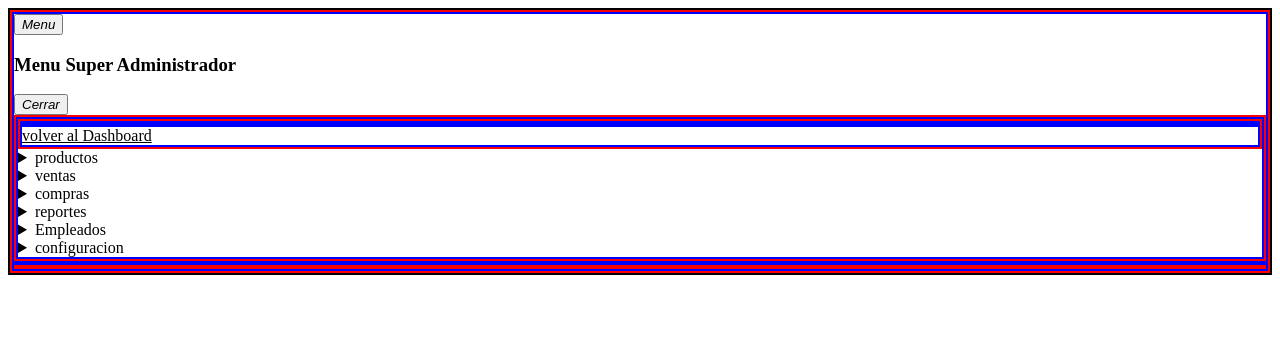
Repository: Rafa-x64/Gestion_inventario_practica
Page: http://localhost/Gestion_inventario/view/includes/header-admin.php
These files come from the project's save history. The page is drawn as it stood at one moment and after a run of saves; the edit follows.
The browser window is 1280 px wide. The pictures show the whole page.
The page is run by PHP 8.4 with error messages shown; the project is at /var/www/html/.

Above is the page before, as saved 2025-08-07 14:09:45.

### view/includes/header-admin.php
<style>
    [class^="row"] {
        border: 2px solid red;
    }

    [class^="col"] {
        border: 2px solid blue;
    }

    [class^="container"] {
        border: 2px solid black;
    }
</style>
<header class="container-fluid" id="menu-superior">
    <div class="row bg-primary py-3">
        <!--parte izquierda del menu-superior-->
        <div class="col-3 col-md-2 col-lg-1 d-flex flex-column justify-content-center align-items-center">
            <button class="btn border-white rounded" data-bs-toggle="offcanvas" data-bs-target="#menu-izquierdo">
                <i
                    class="bi bi-caret-right-fill fs-sm-6 fs-md-4 fs-lg-1 text-white d-flex flex-row justify-content-center align-items-center">Menu</i>
            </button>
            <!--aqui va el offcanva-->
            <div class="offcanvas offcanvas-start" tabindex="-1" id="menu-izquierdo">
                <!--encaezado del offcanvas-->
                <div class="offcanvas-header">
                    <!--titulo del offcanva-->
                    <div class="offcanvas-title">
                        <h3>Menu Super Administrador</h3>
                        <!--boton que cierra el offcanva-->
                        <button class="btn border-primary rounded" data-bs-dismiss="offcanvas">
                            <i class="bi bi-caret-left-fill fs-6 text-primary">Cerrar</i>
                        </button>
                    </div>
                </div>
                <!--cuerpo del offcanva-->
                <div class="offcanvas-body">
                    <div class="row">
                        <div class="col-lg-12 ps-lg-4 py-2 my-2 rounded">
                            <!--volver al dashboard-->
                            <div class="row d-flex flex-row mb-3">
                                <div
                                    class="col-2 px-0 d-flex flex-row justify-content-center align-items-center">
                                    <i class="bi bi-house fs-3"></i>
                                </div>
                                <div
                                    class="col-10 ps-2 d-flex flex-row justify-content-start align-items-center">
                                    <a href="index.php?page=dashboard-admin" style="color:black">volver al Dashboard</a>
                                </div>
                            </div>
                            <!-- Sección: Productos -->
                            <details title="Gestión directa de todo lo que entra, sale y se mantiene en stock.">
                                <summary class="pb-3">productos</summary>
                                <ul id="lista-opciones-menu-izquierdo">
                                    <li class="pt-2">
                                        <div class="row d-flex flex-row">
                                            <div
                                                class="col-1 px-0 d-flex flex-row justify-content-start align-items-center">
                                                <i class="bi bi-plus text-primary fs-5"></i>
                                            </div>
                                            <div
                                                class="col-11 px-0 d-flex flex-row justify-content-start align-items-center">
                                                <a href="">Ver productos en stock</a>
                                            </div>
                                        </div>
                                    </li>
                                    <li class="pt-2">
                                        <div class="row d-flex flex-row">
                                            <div
                                                class="col-1 px-0 d-flex flex-row justify-content-start align-items-center">
                                                <i class="bi bi-plus text-primary fs-5"></i>
                                            </div>
                                            <div
                                                class="col-11 px-0 d-flex flex-row justify-content-start align-items-center">
                                                <a href="">Registrar entradas</a>
                                            </div>
                                        </div>
                                    </li>
                                    <li class="pt-2">
                                        <div class="row d-flex flex-row">
                                            <div
                                                class="col-1 px-0 d-flex flex-row justify-content-start align-items-center">
                                                <i class="bi bi-plus text-primary fs-5"></i>
                                            </div>
                                            <div
                                                class="col-11 px-0 d-flex flex-row justify-content-start align-items-center">
                                                <a href="">Historial de movimientos</a>
                                            </div>
                                        </div>
                                    </li>
                                    <li class="pt-2">
                                        <div class="row d-flex flex-row">
                                            <div
                                                class="col-1 px-0 d-flex flex-row justify-content-start align-items-center">
                                                <i class="bi bi-plus text-primary fs-5"></i>
                                            </div>
                                            <div
                                                class="col-11 px-0 d-flex flex-row justify-content-start align-items-center">
                                                <a href="">Alerta de bajo inventario</a>
                                            </div>
                                        </div>
                                    </li>
                                </ul>
                            </details>

                            <!-- Sección: Ventas -->
                            <details>
                                <summary class="pb-3">ventas</summary>
                                <ul id="lista-opciones-menu-izquierdo">
                                    <li class="pt-2">
                                        <div class="row d-flex flex-row">
                                            <div
                                                class="col-1 px-0 d-flex flex-row justify-content-start align-items-center">
                                                <i class="bi bi-plus text-primary fs-5"></i>
                                            </div>
                                            <div
                                                class="col-11 px-0 d-flex flex-row justify-content-start align-items-center">
                                                <a href="">Registrar venta</a>
                                            </div>
                                        </div>
                                    </li>
                                    <li class="pt-2">
                                        <div class="row d-flex flex-row">
                                            <div
                                                class="col-1 px-0 d-flex flex-row justify-content-start align-items-center">
                                                <i class="bi bi-plus text-primary fs-5"></i>
                                            </div>
                                            <div
                                                class="col-11 px-0 d-flex flex-row justify-content-start align-items-center">
                                                <a href="">Historial de ventas</a>
                                            </div>
                                        </div>
                                    </li>
                                    <li class="pt-2">
                                        <div class="row d-flex flex-row">
                                            <div
                                                class="col-1 px-0 d-flex flex-row justify-content-start align-items-center">
                                                <i class="bi bi-plus text-primary fs-5"></i>
                                            </div>
                                            <div
                                                class="col-11 px-0 d-flex flex-row justify-content-start align-items-center">
                                                <a href="">Ver productos vendidos</a>
                                            </div>
                                        </div>
                                    </li>
                                </ul>
                            </details>

                            <!-- Sección: Compras -->
                            <details>
                                <summary class="pb-3">compras</summary>
                                <ul id="lista-opciones-menu-izquierdo">
                                    <li class="pt-2">
                                        <div class="row d-flex flex-row">
                                            <div
                                                class="col-1 px-0 d-flex flex-row justify-content-start align-items-center">
                                                <i class="bi bi-plus text-primary fs-5"></i>
                                            </div>
                                            <div
                                                class="col-11 px-0 d-flex flex-row justify-content-start align-items-center">
                                                <a href="">Registrar compra</a>
                                            </div>
                                        </div>
                                    </li>
                                    <li class="pt-2">
                                        <div class="row d-flex flex-row">
                                            <div
                                                class="col-1 px-0 d-flex flex-row justify-content-start align-items-center">
                                                <i class="bi bi-plus text-primary fs-5"></i>
                                            </div>
                                            <div
                                                class="col-11 px-0 d-flex flex-row justify-content-start align-items-center">
                                                <a href="">Historial de compras</a>
                                            </div>
                                        </div>
                                    </li>
                                    <li class="pt-2">
                                        <div class="row d-flex flex-row">
                                            <div
                                                class="col-1 px-0 d-flex flex-row justify-content-start align-items-center">
                                                <i class="bi bi-plus text-primary fs-5"></i>
                                            </div>
                                            <div
                                                class="col-11 px-0 d-flex flex-row justify-content-start align-items-center">
                                                <a href="">Ver proveedores frecuentes</a>
                                            </div>
                                        </div>
                                    </li>
                                </ul>
                            </details>

                            <!-- Sección: Reportes -->
                            <details>
                                <summary class="pb-3">reportes</summary>
                                <ul id="lista-opciones-menu-izquierdo">
                                    <li class="pt-2">
                                        <div class="row d-flex flex-row">
                                            <div
                                                class="col-1 px-0 d-flex flex-row justify-content-start align-items-center">
                                                <i class="bi bi-plus text-primary fs-5"></i>
                                            </div>
                                            <div
                                                class="col-11 px-0 d-flex flex-row justify-content-start align-items-center">
                                                <a href="">Reporte de inventario</a>
                                            </div>
                                        </div>
                                    </li>
                                    <li class="pt-2">
                                        <div class="row d-flex flex-row">
                                            <div
                                                class="col-1 px-0 d-flex flex-row justify-content-start align-items-center">
                                                <i class="bi bi-plus text-primary fs-5"></i>
                                            </div>
                                            <div
                                                class="col-11 px-0 d-flex flex-row justify-content-start align-items-center">
                                                <a href="">Reporte de ventas</a>
                                            </div>
                                        </div>
                                    </li>
                                    <li class="pt-2">
                                        <div class="row d-flex flex-row">
                                            <div
                                                class="col-1 px-0 d-flex flex-row justify-content-start align-items-center">
                                                <i class="bi bi-plus text-primary fs-5"></i>
                                            </div>
                                            <div
                                                class="col-11 px-0 d-flex flex-row justify-content-start align-items-center">
                                                <a href="">Reporte de compras</a>
                                            </div>
                                        </div>
                                    </li>
                                </ul>
                            </details>

                            <!-- Sección: Empleados -->
                            <details>
                                <summary class="pb-3">Empleados</summary>
                                <ul id="lista-opciones-menu-izquierdo">
                                    <li class="pt-2">
                                        <div class="row d-flex flex-row">
                                            <div
                                                class="col-1 px-0 d-flex flex-row justify-content-start align-items-center">
                                                <i class="bi bi-plus text-primary fs-5"></i>
                                            </div>
                                            <div
                                                class="col-11 px-0 d-flex flex-row justify-content-start align-items-center">
                                                <a href="">Ver listado de empleados</a>
                                            </div>
                                        </div>
                                    </li>
                                    <li class="pt-2">
                                        <div class="row d-flex flex-row">
                                            <div
                                                class="col-1 px-0 d-flex flex-row justify-content-start align-items-center">
                                                <i class="bi bi-plus text-primary fs-5"></i>
                                            </div>
                                            <div
                                                class="col-11 px-0 d-flex flex-row justify-content-start align-items-center">
                                                <a href="index.php?page=añadir-empleado">Añadir empleado</a>
                                            </div>
                                        </div>
                                    </li>
                                    <li class="pt-2">
                                        <div class="row d-flex flex-row">
                                            <div
                                                class="col-1 px-0 d-flex flex-row justify-content-start align-items-center">
                                                <i class="bi bi-plus text-primary fs-5"></i>
                                            </div>
                                            <div
                                                class="col-11 px-0 d-flex flex-row justify-content-start align-items-center">
                                                <a href="">Editar empleado</a>
                                            </div>
                                        </div>
                                    </li>
                                    <li class="pt-2">
                                        <div class="row d-flex flex-row">
                                            <div
                                                class="col-1 px-0 d-flex flex-row justify-content-start align-items-center">
                                                <i class="bi bi-plus text-primary fs-5"></i>
                                            </div>
                                            <div
                                                class="col-11 px-0 d-flex flex-row justify-content-start align-items-center">
                                                <a href="">Eliminar empleado</a>
                                            </div>
                                        </div>
                                    </li>
                                </ul>
                            </details>

                            <!-- Sección: Configuración -->
                            <details>
                                <summary class="pb-3">configuracion</summary>
                                <ul id="lista-opciones-menu-izquierdo">
                                    <li class="pt-2">
                                        <div class="row d-flex flex-row">
                                            <div
                                                class="col-1 px-0 d-flex flex-row justify-content-start align-items-center">
                                                <i class="bi bi-plus text-primary fs-5"></i>
                                            </div>
                                            <div
                                                class="col-11 px-0 d-flex flex-row justify-content-start align-items-center">
                                                <a href="">Datos de empresa</a>
                                            </div>
                                        </div>
                                    </li>
                                    <li class="pt-2">
                                        <div class="row d-flex flex-row">
                                            <div
                                                class="col-1 px-0 d-flex flex-row justify-content-start align-items-center">
                                                <i class="bi bi-plus text-primary fs-5"></i>
                                            </div>
                                            <div
                                                class="col-11 px-0 d-flex flex-row justify-content-start align-items-center">
                                                <a href="">Configurar impuestos</a>
                                            </div>
                                        </div>
                                    </li>
                                    <li class="pt-2">
                                        <div class="row d-flex flex-row">
                                            <div
                                                class="col-1 px-0 d-flex flex-row justify-content-start align-items-center">
                                                <i class="bi bi-plus text-primary fs-5"></i>
                                            </div>
                                            <div
                                                class="col-11 px-0 d-flex flex-row justify-content-start align-items-center">
                                                <a href="">Usuario y contraseña</a>
                                            </div>
                                        </div>
                                    </li>
                                </ul>
                            </details>
                        </div>
                    </div>
                </div>
            </div>
        </div>
        <!--parte derecha del menu-->
        <div class="col-9 col-md-10 col-lg-11">
            <div class="row d-flex flex-row justify-content-end align-items-center">

            </div>
        </div>
    </div>
</header>

<!--salir cerrando la sesion (asegurarse de tener un fomulario para poder activarlo)-->
<?php
if ($_SERVER['REQUEST_METHOD'] === 'POST' && isset($_POST['cerrar_sesion'])) {
    require_once './controller/logout/cerrarSesion.php';
    cerrarSesion::cerrar_sesion();
    echo '<meta http-equiv="refresh" content="0;url=index.php?page=inicio">';
}
?>

After the next 2 saves:
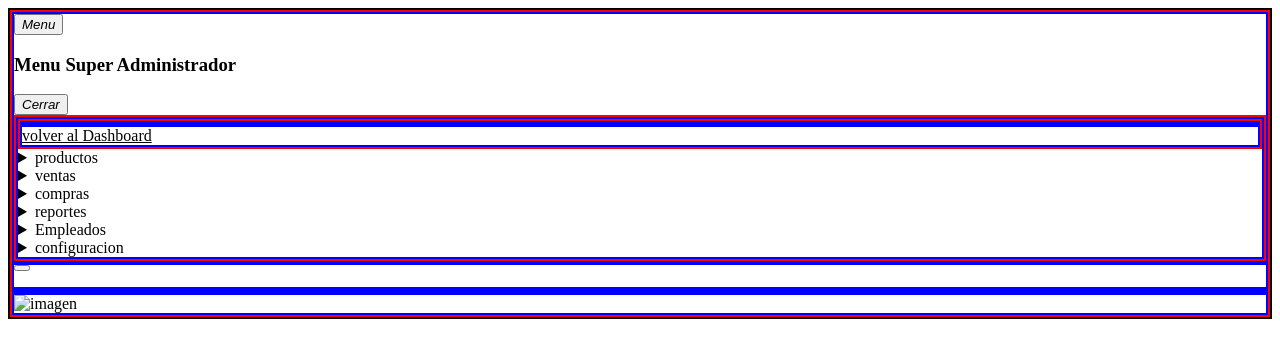
The 2 saves are shown as one change because they came seconds apart.
The last was saved 5 s later.
--- a/view/includes/header-admin.php
+++ b/view/includes/header-admin.php
@@ -334,10 +334,21 @@
             </div>
         </div>
         <!--parte derecha del menu-->
-        <div class="col-9 col-md-10 col-lg-11">
-            <div class="row d-flex flex-row justify-content-end align-items-center">
-
-            </div>
+        <div class="col-lg-1 text-center">
+            <form action="" method="post">
+                <input type="hidden" name="cerrar_sesion" value="cerrar_sesion">
+                <button type="submit" class="btn">
+                    <i class="bi bi-box-arrow-left text-white fs-sm-6 fs-md-4 fs-lg-1"></i>
+                </button>
+            </form>
+        </div>
+        <div class="col-lg-1 text-center">
+            <a href="" class="btn">
+                <i class="bi bi-question-octagon text-white fs-sm-6 fs-md-4 fs-lg-1"></i>
+            </a>
+        </div>
+        <div class="col-lg-1">
+            <img src="" alt="imagen" class="img-fluid">
         </div>
     </div>
 </header>
